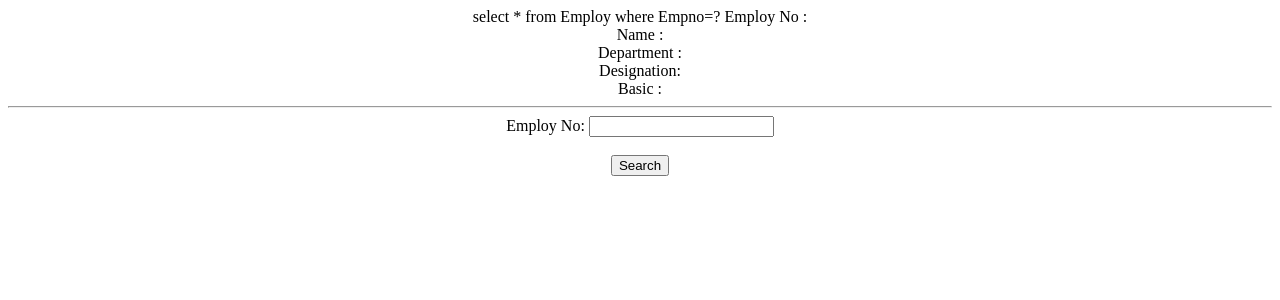
Repository: sandeshAraveti/Java-training
Page: Java_HCL/Day_jdbc/JstlDemos/WebContent/employsearch.html
An editor plug-in stored every save of this project. The page is shown before and after the next save, followed by the edit.
The browser window is 1280 px wide. The pictures show the whole page.

Above is the page before, as saved 2019-12-10 06:18:15.

After the next save:
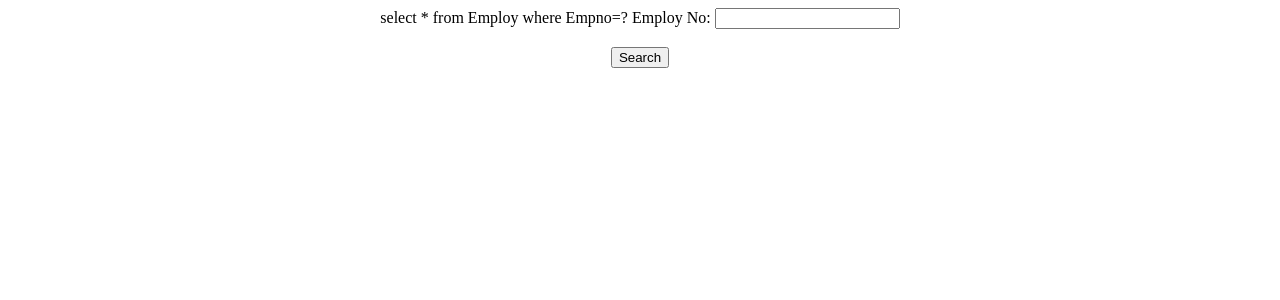
Saved 17 s later.
--- a/Java_HCL/Day_jdbc/JstlDemos/WebContent/employsearch.html
+++ b/Java_HCL/Day_jdbc/JstlDemos/WebContent/employsearch.html
@@ -18,17 +18,7 @@ select * from Employ where Empno=?
 <sql:param value="${param.empno"/>
 </sql:query>
 <c:forEach var="e" items="${empQuery.rows}">
-      Employ No :
-      <c:out value=" ${e.Empno}"/> <br/>
-      Name :
-      <c:out value="${e.Name}" /><br/>
-      Department :
-      <c:out= value="${e.Dept}"/> <br/>
-      Designation:
-      <c:out value="${e.Desig}"/> <br/>
-      Basic :
-      <c:out value=" ${e.Basic}"/> <br/><hr/>
-     </c:forEach>
+
 
 
 
